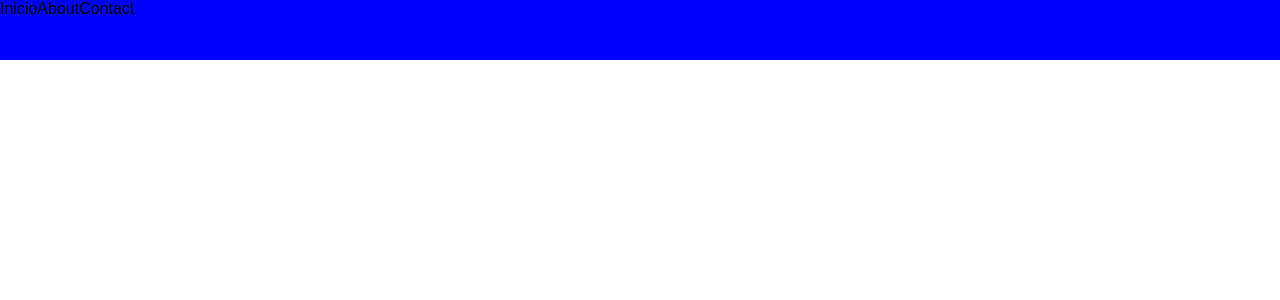
Repository: Toydrum/React-HectorCoronado
Page: /
The author's editor kept a copy of each file at every save. The page is drawn from the files as they stood at one save, then again after a run of saves.
The browser window is 1280 px wide. The pictures show the whole page.
The project was rebuilt for these pictures with package versions that can differ from the ones it lists, and the page was loaded fresh each time. Also part of the build but not shown: src/components/Navbar/Navbar.css.

Above is the page before, as saved 2023-06-03 05:36:38.

After the next 2 saves:
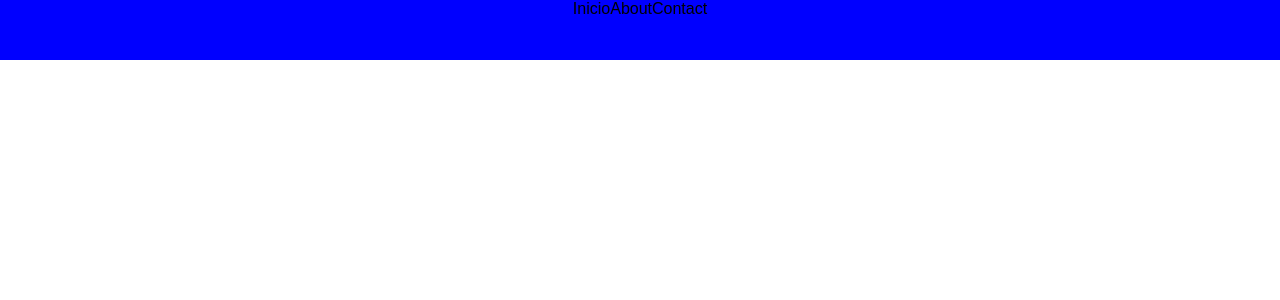
The 2 saves are shown as one change because 1 did not build or start.
The last was saved 89 s later.
--- a/src/components/Navbar/Navbar.js
+++ b/src/components/Navbar/Navbar.js
@@ -4,6 +4,7 @@ import "./NavBar.css"
 const styles = {
   NavBar: {
     display: "flex",
+    justifyContent: "center",
     listStyleType: "none",
     fontFamily: "sans-serif",
     backgroundColor: "blue",
